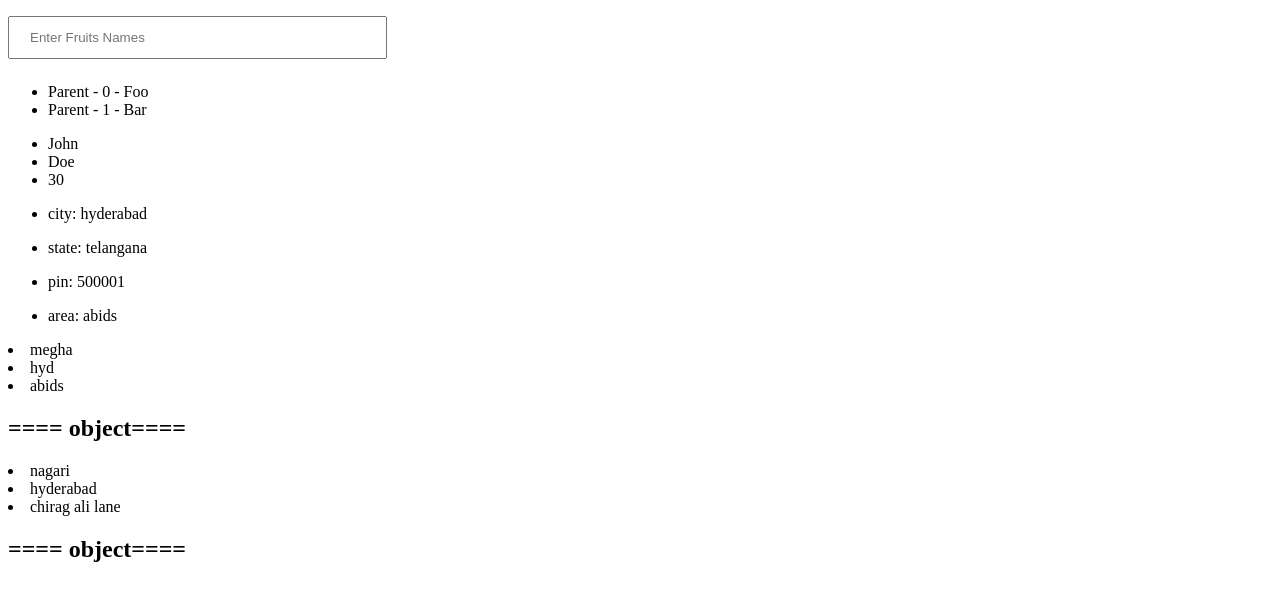
Repository: MeghaNagari/PracticeAtVMC
Page: Practice/VuePractice/WebContent/ListRendering.html
The author's editor kept a copy of each file at every save. The page is drawn from the files as they stood at one save, then again after the next save.
The browser window is 1280 px wide. The pictures show the whole page.
Some web libraries are served in a nearby version.

Above is the page before, as saved 2018-03-20 05:49:17.

### Practice/VuePractice/WebContent/ListRendering.html
<!DOCTYPE html>
<html>
<head>
<meta charset="UTF-8">
<title>Insert title here</title>
</head>

<script src="https://cdn.jsdelivr.net/npm/vue@2.5.16/dist/vue.js"></script>

<body>


	<div id="test1">
		<input type="text" v-on:keyup.enter="showinputvalue"
			v-bind:style="styleobj" placeholder="Enter Fruits Names" />
		<h1 v-if="items.length>0">Display Fruits Name</h1>
		<ul>
			<li v-for="a in items">{{a}}</li>
		</ul>
	</div>


	<div id="test2">


		<ul id="example-2">
			<li v-for="(item, index) in items">{{ parentMessage }} - {{
				index }} - {{ item.message }}</li>
		</ul>




	</div>

	<div id="test3">


		<ul class="demo">
			<li v-for="value in object">{{ value }}</li>
		</ul>


	</div>

	<div id="test4">

		<div v-for="(value, key) in address">
			<ul>
				<li>{{ key }}: {{ value }}</li>
			</ul>
		</div>

	</div>

	<div id="test5">
<div v-if:items.length>
		<div v-for="item in items" :key="item.id">
		<li>{{item.name}}	</li>
		<li>{{item.city}}</li>
		<li>{{item.area}}</li>
		<h2>==== object====</h2>
			<!-- content -->
		</div>
		</div>
		<p v-else>No item left</p>



	</div>

</body>
<script>
	var vm = new Vue({
		el : '#test1',
		data : {
			items : [],
			styleobj : {
				width : "30%",
				padding : "12px 20px",
				margin : "8px 0",
				boxSizing : "border-box"
			}
		},
		methods : {
			showinputvalue : function(event) {
				this.items.push(event.target.value);
			}
		},
	});
</script>



<script>
	var example2 = new Vue({
		el : '#test2',
		data : {
			parentMessage : 'Parent',
			items : [ {
				message : 'Foo'
			}, {
				message : 'Bar'
			} ]
		}
	})
</script>

<script>
	new Vue({
		el : '#test3',
		data : {
			object : {
				firstName : 'John',
				lastName : 'Doe',
				age : 30
			}
		}
	})
</script>
<script>
	new Vue({

		el : "#test4",
		data : {

			address : {
				city : "hyderabad",
				state : "telangana",
				pin : "500001",
				area : "abids"

			}

		}

	})
</script>

<script>

new Vue({

	el:"#test5",
	data:{
		items:[{
			name:"megha",
			city:"hyd",
			area:"abids"},
			{
				name:"nagari",
				city:"hyderabad",
				area:"chirag ali lane"
			}


		]
	}


})





</script>

</html>

After the next save:
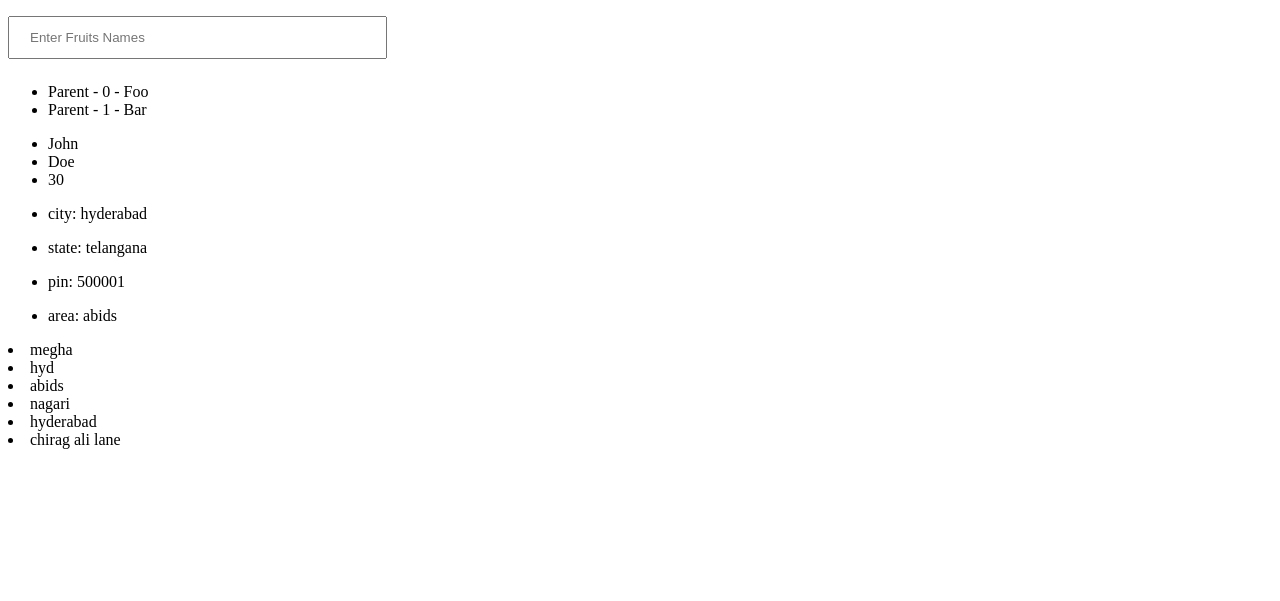
Saved 84 s later.
--- a/Practice/VuePractice/WebContent/ListRendering.html
+++ b/Practice/VuePractice/WebContent/ListRendering.html
@@ -59,8 +59,6 @@
 		<li>{{item.name}}	</li>
 		<li>{{item.city}}</li>
 		<li>{{item.area}}</li>
-		<h2>==== object====</h2>
-			<!-- content -->
 		</div>
 		</div>
 		<p v-else>No item left</p>
